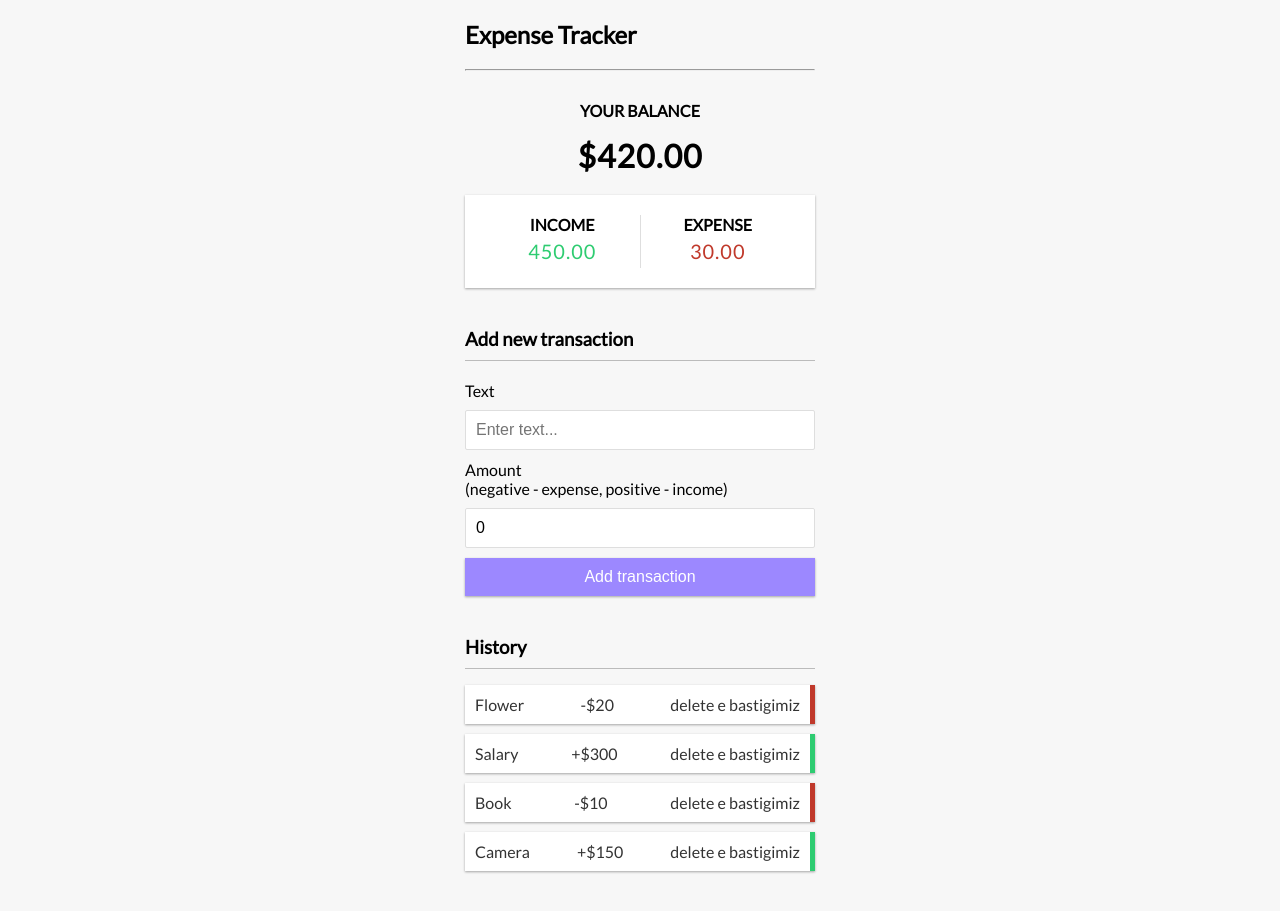
Repository: halilgoksu/js-react-expence-tracker
Page: /
The author's editor kept a copy of each file at every save. The page is drawn from the files as they stood at one save, then again after a run of saves.
The browser window is 1280 px wide. The pictures show the whole page.
The project was rebuilt for these pictures with package versions that can differ from the ones it lists, and the page was loaded fresh each time.

Above is the page before, as saved 2023-01-02 14:09:10.

### src/App.js
import './App.css';
import {AddTransaction} from './components/AddTransaction';
import {Balance} from './components/Balance';
import {Header} from './components/Header';
import {IncomeExpenses} from './components/IncomeExpenses';
import {TransactionList} from './components/TransactionList';

import { GlobalProvider } from './context/GlobalState';

//if app crash go dont export default//

function App() {
  return (
    <GlobalProvider>
    <Header />
    <hr></hr>
    <div className='container'>
      <Balance />
      <IncomeExpenses />
      <AddTransaction />
      <TransactionList />
    </div>
    </GlobalProvider>
  );
}

export default App;

### src/App.css
@import url("https://fonts.googleapis.com/css?family=Lato&display=swap");

:root {
  --box-shadow: 0 1px 3px rgba(0, 0, 0, 0.12), 0 1px 2px rgba(0, 0, 0, 0.24);
}

* {
  box-sizing: border-box;
}

body {
  background-color: #f7f7f7;
  display: flex;
  flex-direction: column;
  align-items: center;
  justify-content: center;
  min-height: 100vh;
  margin: 0;
  font-family: "Lato", sans-serif;
}

.container {
  margin: 30px auto;
  width: 350px;
}

h1 {
  letter-spacing: 1px;
  margin: 0;
}

h3 {
  border-bottom: 1px solid #bbb;
  padding-bottom: 10px;
  margin: 40px 0 10px;
}

h4 {
  margin: 0;
  text-transform: uppercase;
}

.inc-exp-container {
  background-color: #fff;
  box-shadow: var(--box-shadow);
  padding: 20px;
  display: flex;
  justify-content: space-between;
  margin: 20px 0;
}

.inc-exp-container > div {
  flex: 1;
  text-align: center;
}

.inc-exp-container > div:first-of-type {
  border-right: 1px solid #dedede;
}

.money {
  font-size: 20px;
  letter-spacing: 1px;
  margin: 5px 0;
}

.money.plus {
  color: #2ecc71;
}

.money.minus {
  color: #c0392b;
}

label {
  display: inline-block;
  margin: 10px 0;
}

input[type="text"],
input[type="number"] {
  border: 1px solid #dedede;
  border-radius: 2px;
  display: block;
  font-size: 16px;
  padding: 10px;
  width: 100%;
}

.btn {
  cursor: pointer;
  background-color: #9c88ff;
  box-shadow: var(--box-shadow);
  color: #fff;
  border: 0;
  display: block;
  font-size: 16px;
  margin: 10px 0 30px;
  padding: 10px;
  width: 100%;
}

.btn:focus,
.delete-btn:focus {
  outline: 0;
}

.list {
  list-style-type: none;
  padding: 0;
  margin-bottom: 40px;
}

.list li {
  background-color: #fff;
  box-shadow: var(--box-shadow);
  color: #333;
  display: flex;
  justify-content: space-between;
  position: relative;
  padding: 10px;
  margin: 10px 0;
}

.list li.plus {
  border-right: 5px solid #2ecc71;
}

.list li.minus {
  border-right: 5px solid #c0392b;
}

.delete-btn {
  cursor: pointer;
  background-color: #e74c3c;
  border: 0;
  color: #fff;
  font-size: 20px;
  line-height: 20px;
  padding: 2px 5px;
  position: absolute;
  top: 50%;
  left: 0;
  transform: translate(-100%, -50%);
  opacity: 0;
  transition: opacity 0.3s ease;
}

.list li:hover .delete-btn {
  opacity: 1;
}

.balance{
  display: flex;
  flex-direction: column;
  justify-content: center;
  text-align: center;
  align-items: center;
  gap: 1rem;

}

### src/components/AddTransaction.js
import React, { useState, useContext } from "react";
import { GlobalContext } from "../context/GlobalState";

export const  AddTransaction = () => {
  const [text, setText] = useState('');
  //elinde bos bir state , ve onu icini doldurmayi beklyen baska bir state var

  const [amount, setAmount] = useState(0);
  //baslagic degeri 0 olan degismeyi bekleyen bir amount kardesimiz var


  const { addTransaction } = useContext(GlobalContext);
  //borudan addTansaction kardesimzi transfer ettik
  //bu bir function


  const onSubmit = (e) => {
    e.preventDefault();
    const newTransaction = {
      id: Math.floor(Math.random() * 100000000),
      text,
      amount:+amount
    };

    addTransaction(newTransaction);
    setText('');
    setAmount(0);
  };
  //Form da bulunan butuna tikarsak onSubmit fonk calisir
  //otamatik id si olan, texti ve amountu formdaki input alanindan alan bir eleman olsuturduk
  //bu elemani alip addTransaction(newTransaction) un icine at, o halleder


  return (
    <>
      <h3>Add new transaction</h3>
      <form onSubmit={onSubmit}>
        <div className="form-control">
          <label htmlFor="text">Text</label>
          <input
            type="text"
            value={text}
            onChange={(e) => setText(e.target.value)}
            //texti inputa girecigimiz value ile set eder
            placeholder="Enter text..."
          />
        </div>
        <div className="form-control">
          <label htmlFor="amount">
            Amount <br />
            (negative - expense, positive - income)
          </label>
          <input
            type="number"
            value={amount}
            onChange={(e) => setAmount(e.target.value)}
            //diger input area girdigimiz numara ile set edilecek
            placeholder="Enter amount..."
          />
        </div>
        <button className="btn">Add transaction</button>
      </form>
    </>
  );
};

### src/components/Balance.js
import React, { useContext } from 'react';
import { GlobalContext } from '../context/GlobalState';

export const  Balance = () => {
  const {transactions} =useContext(GlobalContext);
  //useContext borusundan transaction muzu aldik . yani; [datamiz]

  const amounts = transactions.map(transaction => transaction.amount);
  //amounts : datamizda bulunan butun paralar
  //gelen objenin icinde amounlari hepsini aldik

  const total = amounts.reduce((acc, item) => (acc += item), 0).toFixed(2);
  //total : masraflar ve olan parayi hesaplar
  //aldigimiz amounlarin hepsini toplayip total denilen bir sonc bulduk
  //reduce(acc,item), butun elemanalri toplamimiza yarayan eleman



  return (
    <div className='balance'>
      <h4>Your Balance</h4>
      <h1>${total}</h1>
    </div>
  )
}

### src/components/Header.js
import React from "react";

export const Header = () => {
  return <h2>Expense Tracker</h2>;
};
//O sadece bir header bro

### src/components/IncomeExpenses.js
import React,{ useContext } from "react";
import { GlobalContext } from "../context/GlobalState";

export const  IncomeExpenses = () => {
  const { transactions } = useContext(GlobalContext);
  //borudan transactions datamizi(obje) alidik

  const amounts = transactions.map((transaction) => transaction.amount);
  //adlgimzi datinin icinindeki butun amounlari getirdik
  //console.log(amounts) //(4) [-20, 300, -10, 150]

  const income = amounts.filter((item) => item > 0).reduce((acc, item) => (acc += item), 0)
    .toFixed(2);
    //sadece atida olanari toplayarak incom i bulur

  const expense = (
    amounts.filter((item) => item < 0).reduce((acc, item) => (acc += item), 0) *
    -1
  ).toFixed(2);
  //ekisideki degerleri topayarak expence i bulur


  return (
    <div className="inc-exp-container">
      <div>
        <h4>Income</h4>
        <p className="money plus">
          {income}
        </p>
      </div>
      <div>
        <h4>Expense</h4>
        <p className="money minus">
          {expense}
        </p>
      </div>
    </div>
    //ekrana toplam expence ve income u hesplayip yazar

  );
};

### src/components/TransactionList.js
import React, { useContext } from "react";
import {Transaction} from "./Transaction";
import { GlobalContext } from "../context/GlobalState";

export const  TransactionList = () => {
  const { transactions } = useContext(GlobalContext);
  return (
    <>
      <h3>History</h3>
      <ul className="list">
        {transactions.map((transaction) =>
        (<Transaction key={transaction.id} transaction={transaction} />))}
      </ul>
    </>
  );
};

### src/context/GlobalState.js
import React, { createContext, useReducer,useEffect } from "react";
import AppReducer from "./AppReducer";

//Initial State

const initialState = {
  transactions: [
    { id: 1, text: "Flower", amount: -20 },
    { id: 2, text: "Salary", amount: 300 },
    { id: 3, text: "Book", amount: -10 },
    { id: 4, text: "Camera", amount: 150 },
  ]
}
//elimizde olan datamiz , burdaki verileri tek tek borudan gonderip
//UI daki kaliba yerlestiriyoruz
//buradki data default datadir , eger ekleme yada cikarma yaparsak buraya yansimaz
//UI da olan orda kalir , yenileme yaptigin zaman data gider
//icini bos birkirsan [] bos array olur , default bos olur



//Create context
export const GlobalContext = createContext(initialState);
//borunun adini globalContext yaptik


//Provider component
export const GlobalProvider = ({ children }) => {
  //children alt butun componanatleri ifade eder


  const [state, dispatch] = useReducer(AppReducer,initialState )
  //state elimize olan arryimiz, data , bos yada dolu fark etmez
  //initialState ile state ayni seyi ifade eder
  //bu datayi dispatch type  ile degistircegiz, ki o da AppReducer dan gelir

  useEffect(() => {
    //console.log(initialState);
  })


  //Actions
  function deleteTransaction(id){
    dispatch({
        type: 'DELETE_TRANSACTION',
        payload:id
    });

  }
  function addTransaction(transaction){
    dispatch({
        type: 'ADD_TRANSACTION',
        payload:transaction
    });

  }

  return (
    <GlobalContext.Provider value={{
        transactions: state.transactions,
        deleteTransaction,
        addTransaction
        }}>
      {children}
    </GlobalContext.Provider>

    //It will provide all state an action with other components

  );
};

### src/components/Transaction.js
import React, { useContext } from "react";
import { GlobalContext } from "../context/GlobalState";

export const  Transaction = ({ transaction }) => {
  const { deleteTransaction } = useContext(GlobalContext);
  //Context brousunda gelen deleteTransaction elemanini al ve kullan

  const sign = transaction.amount < 0 ? "-" : "+";
  console.log(transaction.id)

  return (
    <li className={transaction.amount < 0 ? "minus" : "plus"}>
      {/* //eger amount eksi ise red , ati ise yesil , amount a gore className */}

      {transaction.text}
      {/* input da text alanina girdigimiz text */}

      <span>
        {sign}${Math.abs(transaction.amount)}
      </span>

      <button
        className="delete-btn"
        onClick={() => deleteTransaction(transaction.id)}
      >
        x
      </button>
      delete e bastigimiz
    </li>
  );
};

### src/context/AppReducer.js
//gelen key word gore action yap

// eslint-disable-next-line import/no-anonymous-default-export
export default (state, action) => {
  switch (action.type) {
    case 'DELETE_TRANSACTION':
      return {
        ...state,
        transactions: state.transactions.filter( transaction => transaction.id !==
          action.payload)
      }

    case 'ADD_TRANSACTION':
      return {
        ...state,
        transactions:[action.payload, ...state.transactions]
      };

    default:
      return state;
  }
};

Loaded but not shown: src/index.js (common file)

After the next 2 saves:
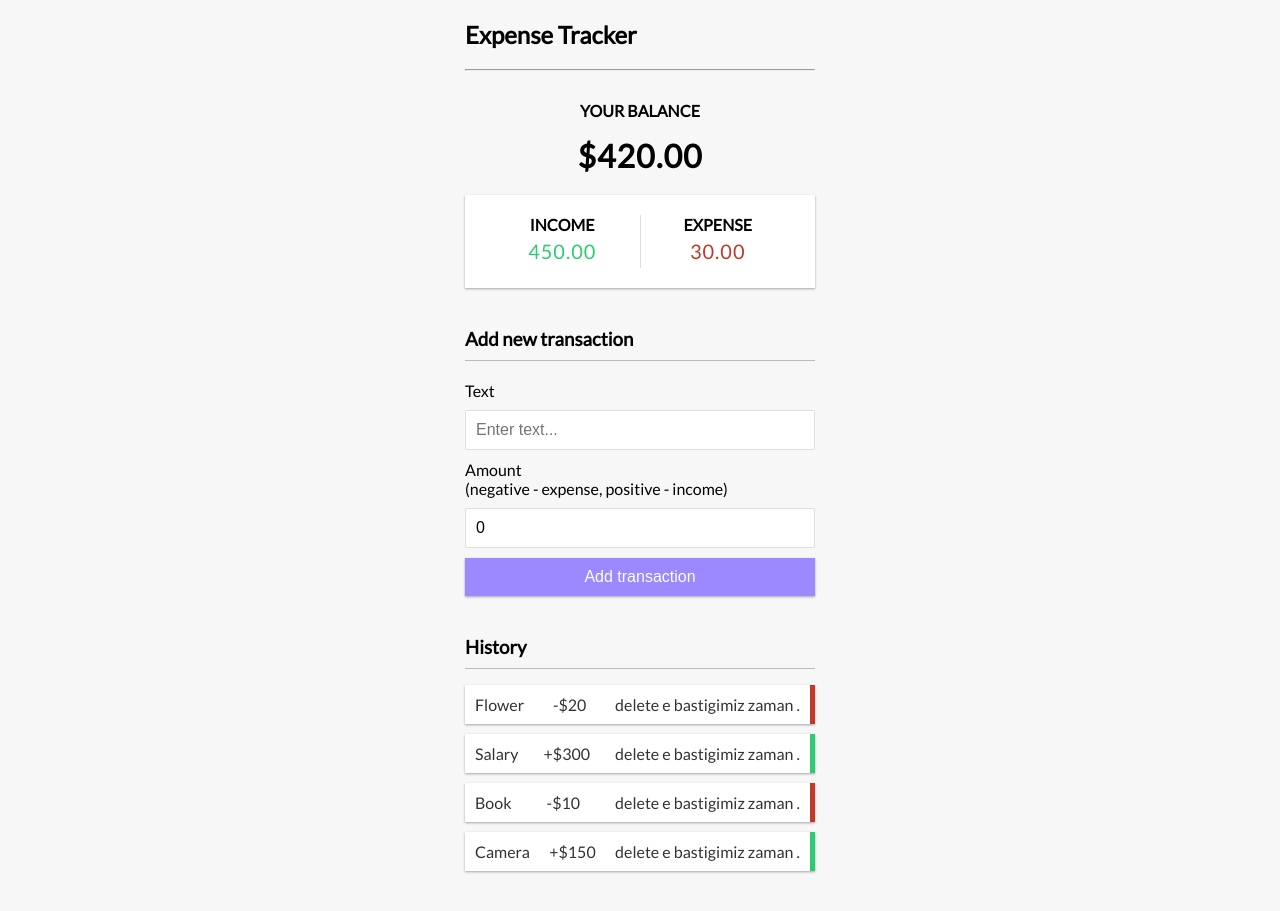
The 2 saves are shown as one change because they came seconds apart.
The last was saved 6 s later.
--- a/src/components/Transaction.js
+++ b/src/components/Transaction.js
@@ -25,7 +25,7 @@ export const  Transaction = ({ transaction }) => {
       >
         x
       </button>
-      delete e bastigimiz
+      delete e bastigimiz zaman .
     </li>
   );
 };
